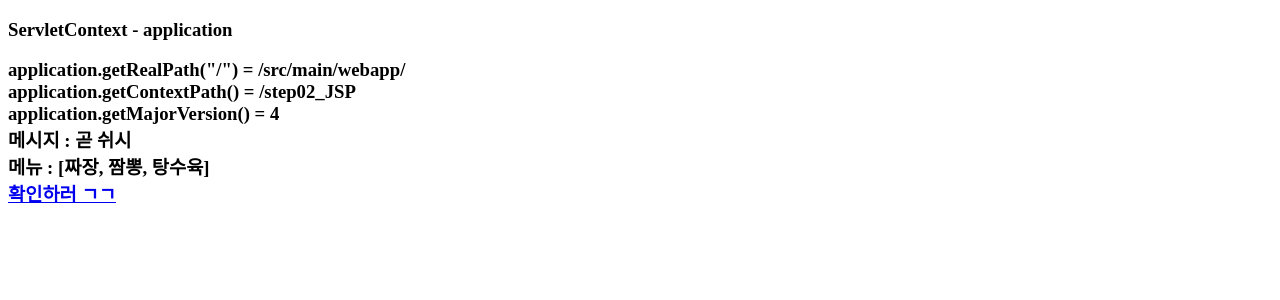
Repository: j-hee-98/Servlet-JSP
Page: http://localhost/step02_JSP/application/applicationMethod.jsp
An editor plug-in stored every save of this project. The page is shown before and after the next save, followed by the edit.
The browser window is 1280 px wide. The pictures show the whole page.
The page is served by Tomcat 9. Other server files are loaded and not shown.

Above is the page before, as saved 2025-04-15 05:57:47.

### step02_JSP/src/main/webapp/application/applicationMethod.jsp
<%@page import="java.util.Arrays"%>
<%@ page language="java" contentType="text/html; charset=UTF-8"
    pageEncoding="UTF-8"%>
<!DOCTYPE html>
<html>
<head>
<meta charset="UTF-8">
<title>Insert title here</title>
</head>
<body>
<h3>ServletContext - application</h3>
<h3>
	application.getRealPath("/") = <%=application.getRealPath("/") %><br>
	application.getContextPath() = <%=application.getContextPath() %><br>
	application.getMajorVersion() = <%=application.getMajorVersion() %><br>

	<%
		//application에 정보 저장
		application.setAttribute("message", "곧 쉬시");
		application.setAttribute("menus", Arrays.asList("짜장","짬뽕","탕수육"));

		// session에 저장
		session.setAttribute("id", "j-hee");

		// request에 저장
		request.setAttribute("addr", "오리역");
	%>

	메시지 : <%=application.getAttribute("message") %> <br>
	메뉴 : <%=application.getAttribute("menus") %> <br>
	<a href="applicationGet.jsp"> 확인하러 ㄱㄱ</a>
</h3>
</body>
</html>

After the next save:
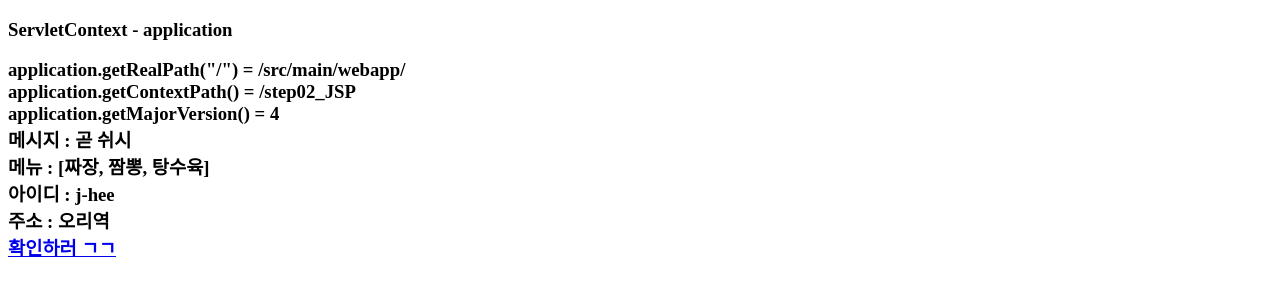
Saved 75 s later.
--- a/step02_JSP/src/main/webapp/application/applicationMethod.jsp
+++ b/step02_JSP/src/main/webapp/application/applicationMethod.jsp
@@ -28,6 +28,8 @@
 
 	메시지 : <%=application.getAttribute("message") %> <br>
 	메뉴 : <%=application.getAttribute("menus") %> <br>
+	아이디 : <%=session.getAttribute("id") %>	<br>
+	주소 : <%=request.getAttribute("addr") %> <br>
 	<a href="applicationGet.jsp"> 확인하러 ㄱㄱ</a>
 </h3>
 </body>
